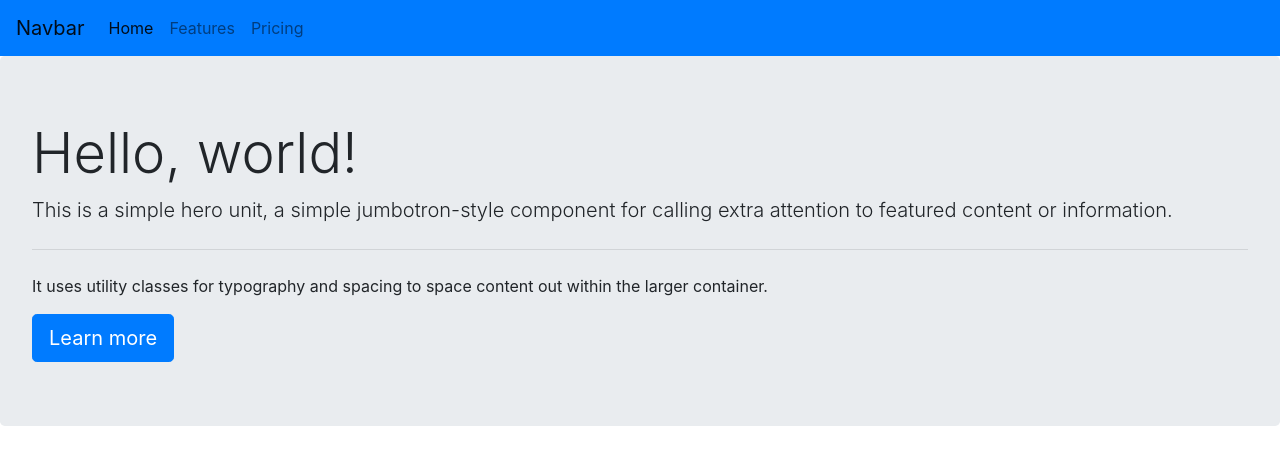
Repository: Nilda-hub/HTML
Page: http://localhost/index
These files come from the project's save history. The page is drawn as it stood at one moment and after the next save; the edit follows.
The browser window is 1280 px wide. The pictures show the whole page.
The page is this project's Thymeleaf template; nobody is signed in. The template is opened directly, without the code that normally fills it, so the values that code supplies are empty.

Above is the page before, as saved 2021-10-22 04:09:17.

After the next save:
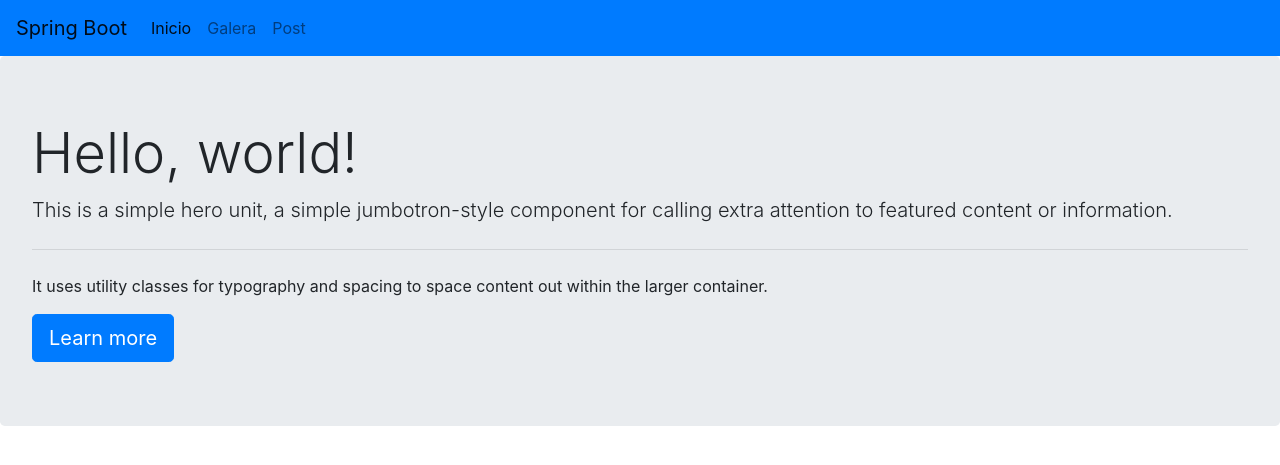
Saved 10 min 14 s later.
--- a/Springboot-Workspace/demo/src/main/resources/templates/index.html
+++ b/Springboot-Workspace/demo/src/main/resources/templates/index.html
@@ -8,20 +8,20 @@
   </head>
   <body>
    <nav style="color:white" class="navbar navbar-expand-lg navbar-light bg-primary">
-  <a class="navbar-brand" href="#">Navbar</a>
+  <a class="navbar-brand" href="#">Spring Boot</a>
   <button class="navbar-toggler" type="button" data-toggle="collapse" data-target="#navbarNav" aria-controls="navbarNav" aria-expanded="false" aria-label="Toggle navigation">
     <span class="navbar-toggler-icon"></span>
   </button>
   <div class="collapse navbar-collapse" id="navbarNav">
     <ul class="navbar-nav">
       <li class="nav-item active">
-        <a class="nav-link" href="#">Home <span class="sr-only">(current)</span></a>
+        <a class="nav-link" th:href="@{/}" href="#">Inicio <span class="sr-only">(current)</span></a>
       </li>
       <li class="nav-item">
-        <a class="nav-link" href="#">Features</a>
+        <a class="nav-link" href="#">Galera</a>
       </li>
       <li class="nav-item">
-        <a class="nav-link" href="#">Pricing</a>
+        <a class="nav-link" href="#">Post</a>
       </li>
       <li class="nav-item">
       </li>
